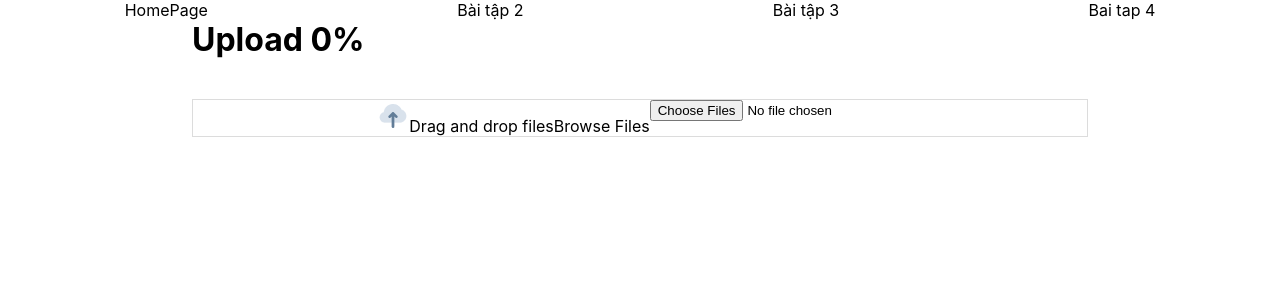
Repository: tungdau93/Training-ReactJS
Page: /bai-tap-3
The author's editor kept a copy of each file at every save. The page is drawn from the files as they stood at one save, then again after a run of saves.
The browser window is 1280 px wide. The pictures show the whole page.
The project was rebuilt for these pictures with package versions that can differ from the ones it lists, and the page was loaded fresh each time. Also part of the build but not shown: src/App.css, src/hooks/useClickOutside.js, src/Assignments/BaiTap2.jsx, src/Assignments/HomePage.jsx.

Above is the page before, as saved 2022-10-03 10:36:27.

After the next 2 saves:
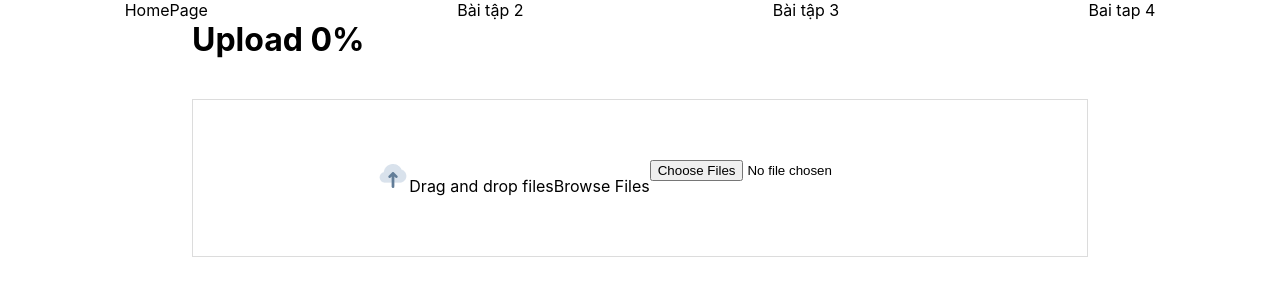
The 2 saves are shown as one change because they came seconds apart.
The last was saved 25 s later.
--- a/src/style/_bai-tap-3.scss
+++ b/src/style/_bai-tap-3.scss
@@ -252,6 +252,6 @@
     justify-content: center;
     margin-top: 40px;
     border: 1px solid #dcdcdc;
-
+    padding: 60px;
   }
 }

After the save that followed:
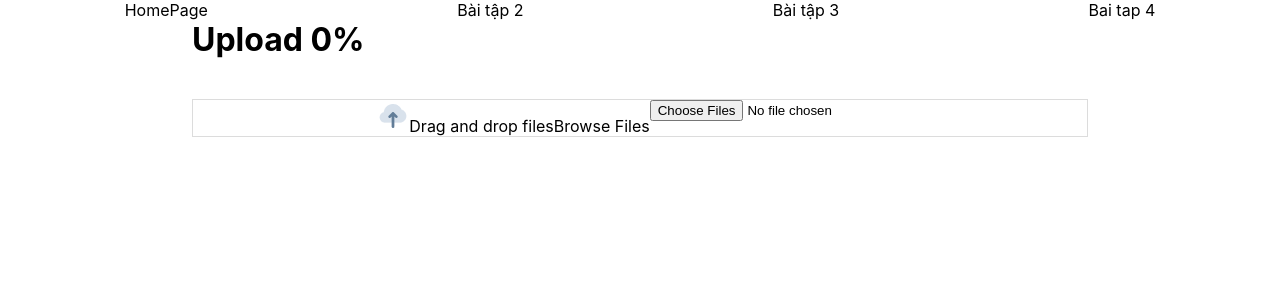
Saved 62 s later.
--- a/src/style/_bai-tap-3.scss
+++ b/src/style/_bai-tap-3.scss
@@ -252,6 +252,6 @@
     justify-content: center;
     margin-top: 40px;
     border: 1px solid #dcdcdc;
-    padding: 60px;
+    // padding: 60px;
   }
 }
